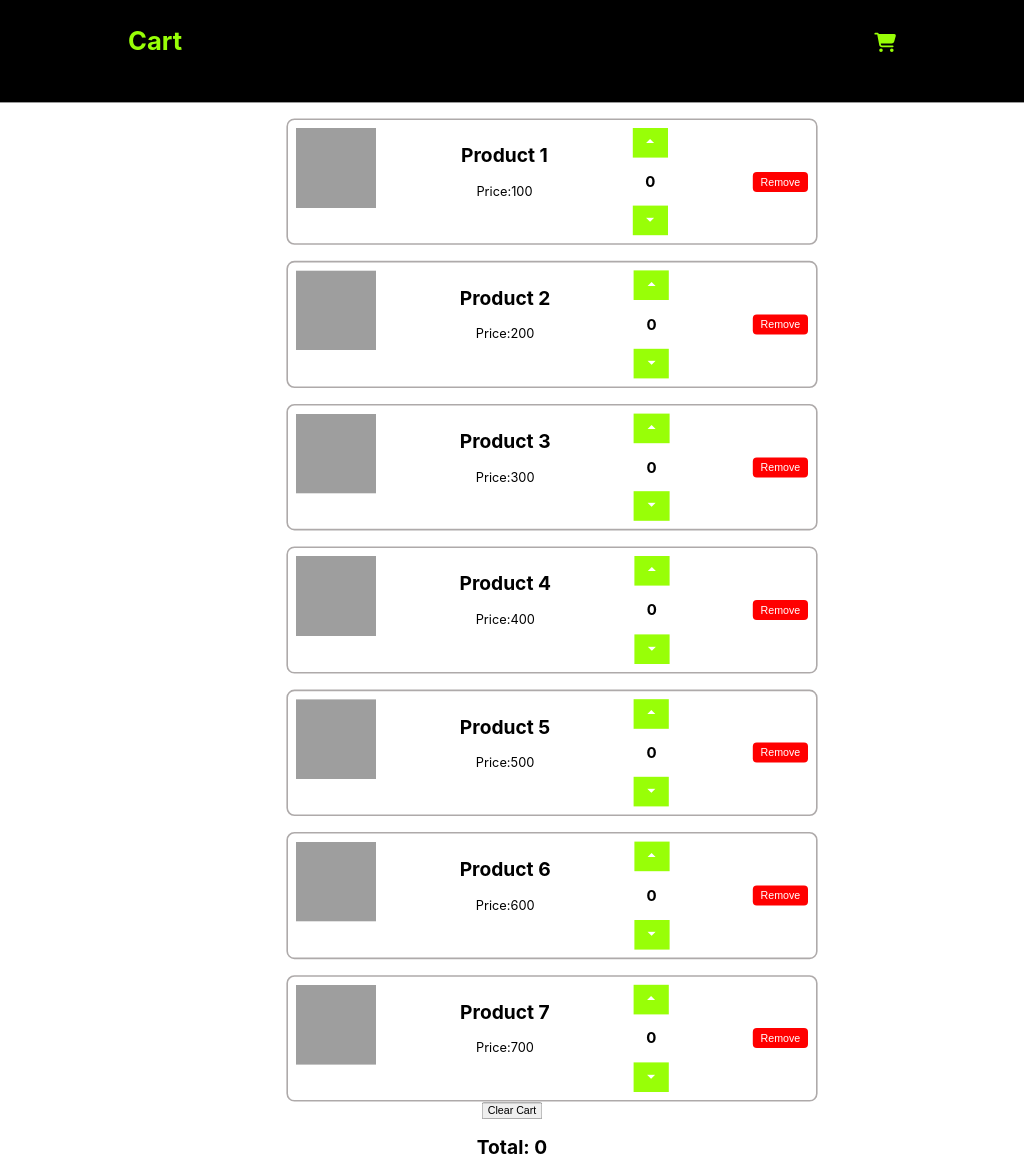
Repository: sriram1224/Cart-react-app
Page: /
These files come from the project's save history. The page is drawn as it stood at one moment and after the next save; the edit follows.
The browser window is 1280 px wide. The pictures show the whole page, at 80% of full size.
Pictures or frames that could not be fetched are drawn as grey boxes. The project was rebuilt for these pictures with package versions that can differ from the ones it lists, and the page was loaded fresh each time.

Above is the page before, as saved 2024-03-12 22:26:07.

### public/index.html
<!DOCTYPE html>
<html lang="en">

<head>
  <meta charset="utf-8" />
  <link rel="icon" href="%PUBLIC_URL%/favicon.ico" />
  <meta name="viewport" content="width=device-width, initial-scale=1" />
  <meta name="theme-color" content="#000000" />
  <meta name="description" content="Web site created using create-react-app">
  <link rel="stylesheet"
    href="https://fonts.googleapis.com/css2?family=Material+Symbols+Outlined:opsz,wght,FILL,GRAD@24,400,0,0" />


  <title>React App</title>
</head>

<body>
  <noscript>You need to enable JavaScript to run this app.</noscript>
  <div id="root"></div>

</body>

</html>

### src/App.js
import Nav from "./Components/Nav.js"
import './App.css';
import Cart from './Components/cart.js';
function App() {
  return (
    <div className="App">

      <Cart />
    </div>
  );
}

export default App;

### src/Components/Nav.js
import { FontAwesomeIcon } from '@fortawesome/react-fontawesome';
import { faShoppingCart } from '@fortawesome/free-solid-svg-icons';
import './Navbar.css';

function Navbar({ cartItems }) {
      console.log(cartItems);
    return (

      <div className="nav-container">
      <div className="cart">
          <div className="heading">
              <h1>
              Cart
              </h1>
          </div>
      <h1>
        <div className="cart-icon-container">
          <FontAwesomeIcon icon={faShoppingCart} className="cart-icon" />
          {cartItems > 0 && (
            <span className="cart-count">{cartItems}</span>
          )}
        </div>

      </h1>
    </div>
      </div>
  );
}

export default Navbar;

### src/Components/cart.js
import React, { useState, useEffect } from "react";
import { BiSolidUpArrow, BiSolidDownArrow } from "react-icons/bi";
import Nav from './Nav'
import './cart.css'

function Cart() {
    const [products, setProducts] = useState([
        { id: "1", name: "Product 1", price: 100, quantity: 0, image: "https://images.unsplash.com/photo-1564466809058-bf4114d55352?w=500&auto=format&fit=crop&q=60&ixlib=rb-4.0.3&ixid=M3wxMjA3fDB8MHxzZWFyY2h8MjN8fHByb2R1Y3R8ZW58MHx8MHx8fDA%3D" },
        { id: "2", name: "Product 2", price: 200, quantity: 0, image: "https://images.unsplash.com/photo-1560343090-f0409e92791a?w=500&auto=format&fit=crop&q=60&ixlib=rb-4.0.3&ixid=M3wxMjA3fDB8MHxzZWFyY2h8N3x8cHJvZHVjdHxlbnwwfHwwfHx8MA%3D%3D" },
        { id: "3", name: "Product 3", price: 300, quantity: 0, image: "https://images.unsplash.com/photo-1560343090-f0409e92791a?w=500&auto=format&fit=crop&q=60&ixlib=rb-4.0.3&ixid=M3wxMjA3fDB8MHxzZWFyY2h8N3x8cHJvZHVjdHxlbnwwfHwwfHx8MA%3D%3D" },
        { id: "4", name: "Product 4", price: 400, quantity: 0, image: "https://images.unsplash.com/photo-1542291026-7eec264c27ff?w=500&auto=format&fit=crop&q=60&ixlib=rb-4.0.3&ixid=M3wxMjA3fDB8MHxzZWFyY2h8MTF8fHByb2R1Y3R8ZW58MHx8MHx8fDA%3D" },
        { id: "5", name: "Product 5", price: 500, quantity: 0, image: "https://images.unsplash.com/photo-1553456558-aff63285bdd1?w=500&auto=format&fit=crop&q=60&ixlib=rb-4.0.3&ixid=M3wxMjA3fDB8MHxzZWFyY2h8MTJ8fHByb2R1Y3R8ZW58MHx8MHx8fDA%3D" },
        { id: "6", name: "Product 6", price: 600, quantity: 0, image: "https://images.unsplash.com/photo-1553456558-aff63285bdd1?w=500&auto=format&fit=crop&q=60&ixlib=rb-4.0.3&ixid=M3wxMjA3fDB8MHxzZWFyY2h8MTJ8fHByb2R1Y3R8ZW58MHx8MHx8fDA%3D" },
        { id: "7", name: "Product 7", price: 700, quantity: 0, image: "https://images.unsplash.com/photo-1583394838336-acd977736f90?w=500&auto=format&fit=crop&q=60&ixlib=rb-4.0.3&ixid=M3wxMjA3fDB8MHxzZWFyY2h8MTl8fHByb2R1Y3R8ZW58MHx8MHx8fDA%3D" }
    ]);

    const [total, setTotal] = useState(0);
    const [cartItems, setCartItems] = useState(0);

    useEffect(() => {
        let newCartItems = 0;
        products.forEach(product => {
            newCartItems += product.quantity;
        });
        setCartItems(newCartItems);
    }, [products]);

    const increaseQuantity = (index) => {
        const updatedProducts = [...products];
        updatedProducts[index].quantity++;
        setProducts(updatedProducts);
        updateTotal();
    };

    const decreaseQuantity = (index) => {
        const updatedProducts = [...products];
        if (updatedProducts[index].quantity > 0) {
            updatedProducts[index].quantity--;
            setProducts(updatedProducts);
            updateTotal();
        }
    };

    const updateTotal = () => {
        let newTotal = 0;
        products.forEach((product) => {
            newTotal += product.quantity * product.price;
        });
        setTotal(newTotal);
    };

    const clearCart = () => {
        setProducts([]);
        setTotal(0);
        setCartItems(0);
    };

    const removeFromCart = (index) => {
        const updatedProducts = [...products];
        updatedProducts.splice(index, 1);
        setProducts(updatedProducts);
        updateTotal();
    };

    return (
        <div>
            <Nav cartItems={cartItems} />
            <div className="">
                {products.map((product, index) => {
                    return (
                        <div className="product-container" key={index}>
                            <img src={product.image} alt={product.name} />
                            <div className="text">
                            <h2>{product.name}</h2>
                            <p>Price:{product.price}</p></div>
                            <div className="button-quantity">
                                <button onClick={() => increaseQuantity(index)}>
                                    <span class="material-symbols-outlined">
arrow_drop_up
</span>
                                </button>
                                <h3>{product.quantity}</h3>
                                <button onClick={() => decreaseQuantity(index)}>
                                    <span class="material-symbols-outlined">
arrow_drop_down
</span>
                                </button>
                            </div>
                            <div className="rm-button">
                            <button onClick={() => removeFromCart(index)}>Remove</button>
                        </div></div>
                    );
                })}
                <button onClick={clearCart}>Clear Cart</button>
                <h2>Total: {total}</h2>
            </div>
        </div>
    );
}

export default Cart;

### src/Components/Navbar.css
.cart-icon-container {
    position: relative;
    display: inline-block;
}

.cart-icon {
    font-size: 1.5rem;
    color: rgb(152, 255, 7);

}

.cart-count {
    position: absolute;
    top: -10px;

    right: -10px;
    /* Adjust the horizontal positioning */
    background-color: red;
    color: white;
    border-radius: 50%;
    padding: 2px 6px;
    font-size: 0.8rem;
    /* Adjust the font size as needed */
}

.cart{
    display: flex;
    justify-content: space-between;
    margin: 0 10rem;
    align-items: center;
    padding-top: 10px;

}

.heading{
text-align: center;
color: rgb(152, 255, 7);
}

.nav-container{
    width: 100%;
    height: 8rem;
    background-color:rgb(0, 0, 0)
}

### src/Components/cart.css
.product-container{
    display: flex;
    gap: 20px;
    justify-content: space-between;
    width: 50%;
    position: relative;
    left: 28%;
    text-align: center;
    margin-top: 20px;
    border: 2px solid rgb(174, 170, 170);
    padding: 10px;
    border-radius: 10px;
}

.product-container img{
    width: 100px;
    height: 100px;
}
.rm-button{
    display: flex;
    align-items: center;
}
.rm-button button{

    background-color: red;
    color: white;
    border: none;
    padding: 5px 10px;
    border-radius: 5px;
    cursor: pointer;
}
.button-quantity span{
    color:rgb(255, 255, 255);

}

.button-quantity button{
   background-color: rgb(152, 255, 7);
    border: none;
    padding: 5px 10px;

    cursor: pointer;
}

.text{


    text-align: center;
    gap: 10px;
}
.text p{
    text-align: center;
}

Loaded but not shown: src/index.js (common file); src/index.css (common file); src/reportWebVitals.js (common file); src/App.css (common file)

After the next save:
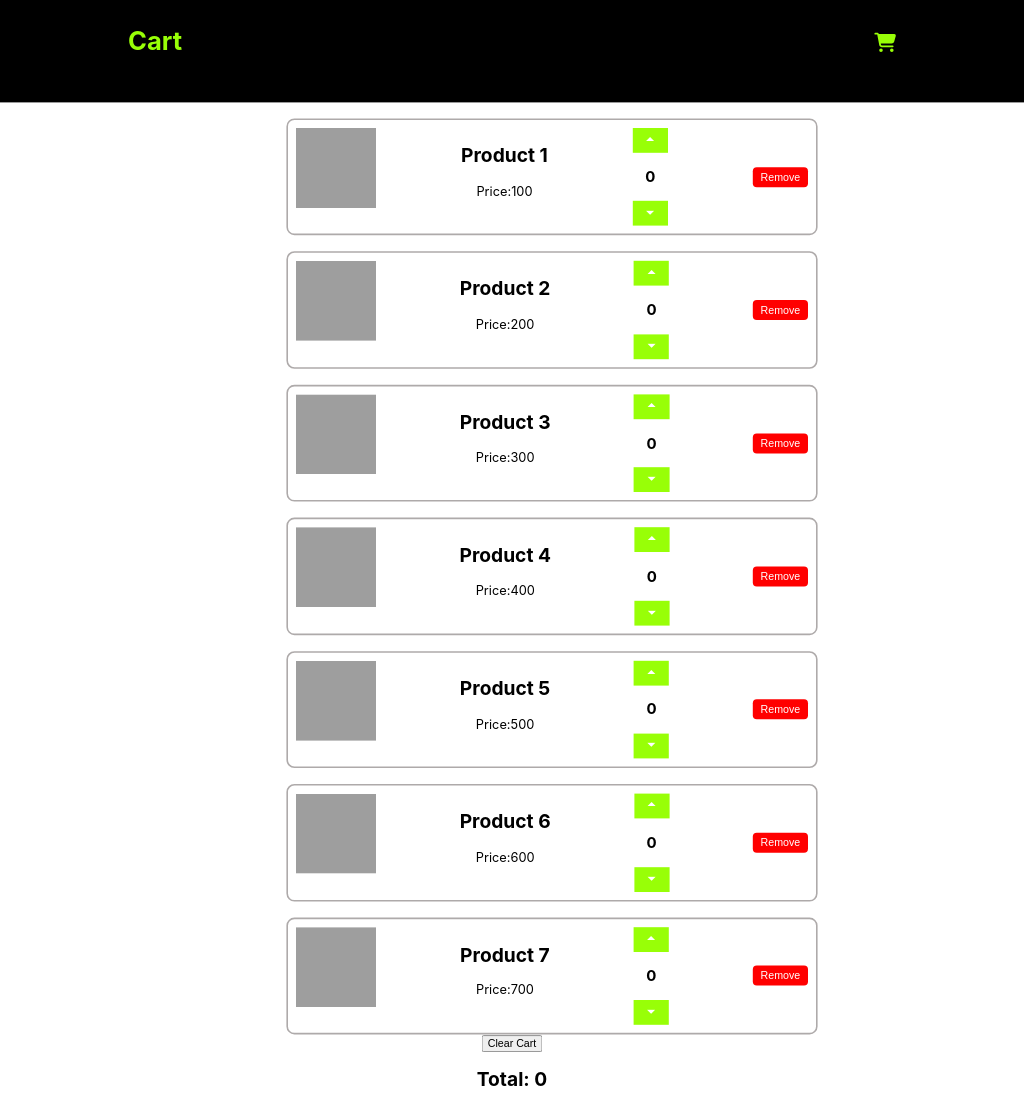
Saved 6 s later.
--- a/src/Components/cart.css
+++ b/src/Components/cart.css
@@ -37,7 +37,7 @@
 .button-quantity button{
    background-color: rgb(152, 255, 7);
     border: none;
-    padding: 5px 10px;
+    padding: 2px 10px;
 
     cursor: pointer;
 }
